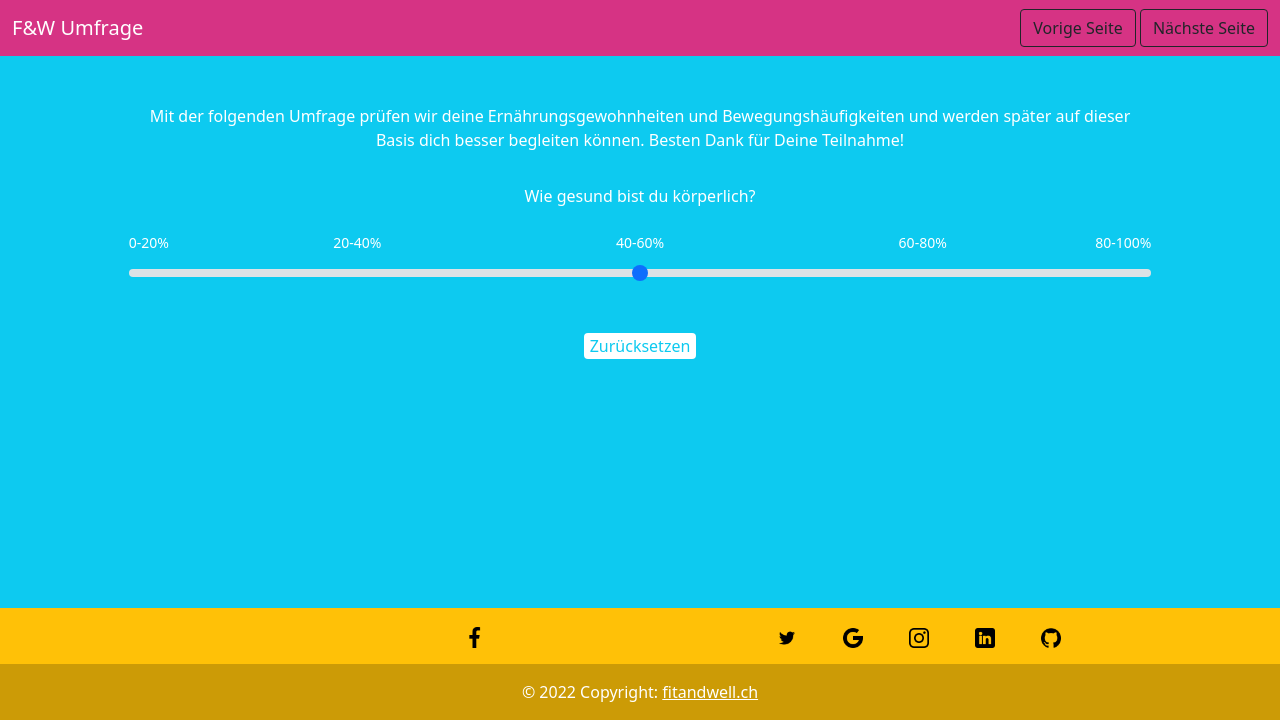
Repository: stephane71183101/Stephane-Personal-Health-Survey
Page: http://localhost/form-q01-start-page.php
An editor plug-in stored every save of this project. The page is shown before and after the next save, followed by the edit.
The browser window is 1280 px wide. The pictures show the whole page.
The page is run by PHP 8.4 with error messages shown; the project is at /var/www/html/.

Above is the page before, as saved 2022-03-16 08:43:49.

### form-q01-start-page.php
<!DOCTYPE html>
<html lang="en">
<head>
    <meta charset="UTF-8">
    <meta http-equiv="X-UA-Compatible" content="IE=edge">
    <meta name="viewport" content="width=device-width, initial-scale=1.0">
    <title>Document</title>
    <link href="https://cdn.jsdelivr.net/npm/bootstrap@5.1.3/dist/css/bootstrap.min.css" rel="stylesheet" integrity="sha384-1BmE4kWBq78iYhFldvKuhfTAU6auU8tT94WrHftjDbrCEXSU1oBoqyl2QvZ6jIW3" crossorigin="anonymous">
    <script src="https://cdn.jsdelivr.net/npm/bootstrap@5.1.3/dist/js/bootstrap.bundle.min.js" integrity="sha384-ka7Sk0Gln4gmtz2MlQnikT1wXgYsOg+OMhuP+IlRH9sENBO0LRn5q+8nbTov4+1p" crossorigin="anonymous"></script>
</head>

<body class="bg-info">
<header>
    <nav class="navbar navbar-expand-lg navbar-light" style="background-color:#d63384">
    <div class="container-fluid">
        <a class="navbar-brand text-white" href="#">F&W Umfrage</a>
        <div class="nav justify-content-end" id="navbarNav">
            <form class="d-flexme-2">
                <button class="btn btn-outline-dark" type="submit">Vorige Seite</button>
                <button class="btn btn-outline-dark" type="submit">Nächste Seite</button>
            </form>
        </div>
    </div>
    </nav>
</header>
    <div class="container-fluid pt-5 pb-3 text-center text-white">
        <div  class="container col-10">
        <p>Mit der folgenden Umfrage prüfen wir deine Ernährungsgewohnheiten und Bewegungshäufigkeiten und werden später auf dieser Basis dich besser begleiten können. Besten Dank für Deine Teilnahme!</p>
        </div>
    </div>

    <div class="container-fluid pb-5 text-center text-white">
        <div  class="container col-10">
        <form>
        <label for="customRange1" class="form-label mb-4">Wie gesund bist du körperlich?</label>
        <div class="container-fluid px-0 mb-2 small">
        <div class="row g-0">
        <div class="col text-start">0-20%</div>
        <div class="col text-start">20-40%</div>
        <div class="col">40-60%</div>
        <div class="col text-end">60-80%</div>
        <div class="col text-end">80-100%</div>
        </div>
        </div>
        <input type="range" class="form-range mb-5" min="0" max="4" step="1" id="my-range">
        <input type="reset" class="border-0 bg-white rounded text-info" value="Zurücksetzen">
        </form>
        </div>
    </div>

<footer class="fixed-bottom">
    <div class="text-center text-white bg-warning">
    <!-- Grid container -->
    <div class="container pt-0">
        <!-- Section: Social media -->
        <section class="mb-0">
        <!-- Facebook -->
            <a class="btn btn-link btn-floating btn-lg text-dark m-1" href="#" role="button" data-mdb-ripple-color="dark"><img src="images/facebook.png" alt="Facebook-Logo" width="4%"></a>

        <!-- Twitter -->
        <a class="btn btn-link btn-floating btn-lg text-dark m-1" href="#" role="button" data-mdb-ripple-color="dark"><img src="images/twitter.png" alt="Twitter-Logo" width="20px"></a>

        <!-- Google -->
        <a class="btn btn-link btn-floating btn-lg text-dark m-1" href="#" role="button" data-mdb-ripple-color="dark"><img src="images/google.png" alt="Google-Logo" width="20px"></a>

        <!-- Instagram -->
        <a class="btn btn-link btn-floating btn-lg text-dark m-1" href="#" role="button" data-mdb-ripple-color="dark"><img src="images/instagram.png" alt="Instagram-Logo" width="20px"></a>

        <!-- Linkedin -->
        <a class="btn btn-link btn-floating btn-lg text-dark m-1" href="#" role="button" data-mdb-ripple-color="dark"><img src="images/linkedin.png" alt="LinkedIn-Logo" width="20px"></a>

        <!-- GitHub -->
            <a class="btn btn-link btn-floating btn-lg text-dark m-1" href="#" role="button" data-mdb-ripple-color="dark"><img src="images/github.png" alt="GitHub-Logo" width="20px"></a>
        </section>
        <!-- Section: Social media -->
    </div>
    <!-- Grid container -->

    <!-- Copyright -->
    <div class="text-center text-white p-3" style="background-color: rgba(0, 0, 0, 0.2);">
        © 2022 Copyright:
        <a class="text-white" href="#">fitandwell.ch</a>
    </div>
    <!-- Copyright -->
    </div>
</footer>
</body>

</html>

After the next save:
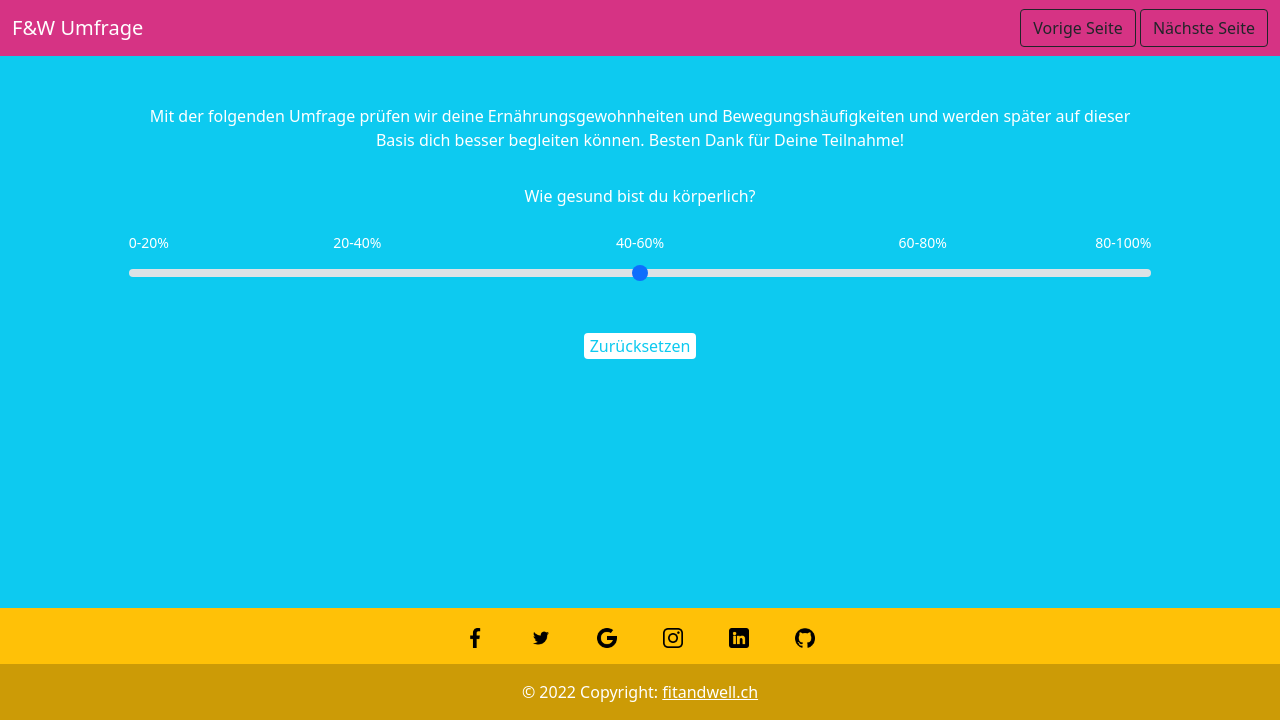
Saved 108 s later.
--- a/form-q01-start-page.php
+++ b/form-q01-start-page.php
@@ -55,7 +55,7 @@
         <!-- Section: Social media -->
         <section class="mb-0">
         <!-- Facebook -->
-            <a class="btn btn-link btn-floating btn-lg text-dark m-1" href="#" role="button" data-mdb-ripple-color="dark"><img src="images/facebook.png" alt="Facebook-Logo" width="4%"></a>
+            <a class="btn btn-link btn-floating btn-lg text-dark m-1" href="#" role="button" data-mdb-ripple-color="dark"><img src="images/facebook.png" alt="Facebook-Logo" width="20"></a>
 
         <!-- Twitter -->
         <a class="btn btn-link btn-floating btn-lg text-dark m-1" href="#" role="button" data-mdb-ripple-color="dark"><img src="images/twitter.png" alt="Twitter-Logo" width="20px"></a>
